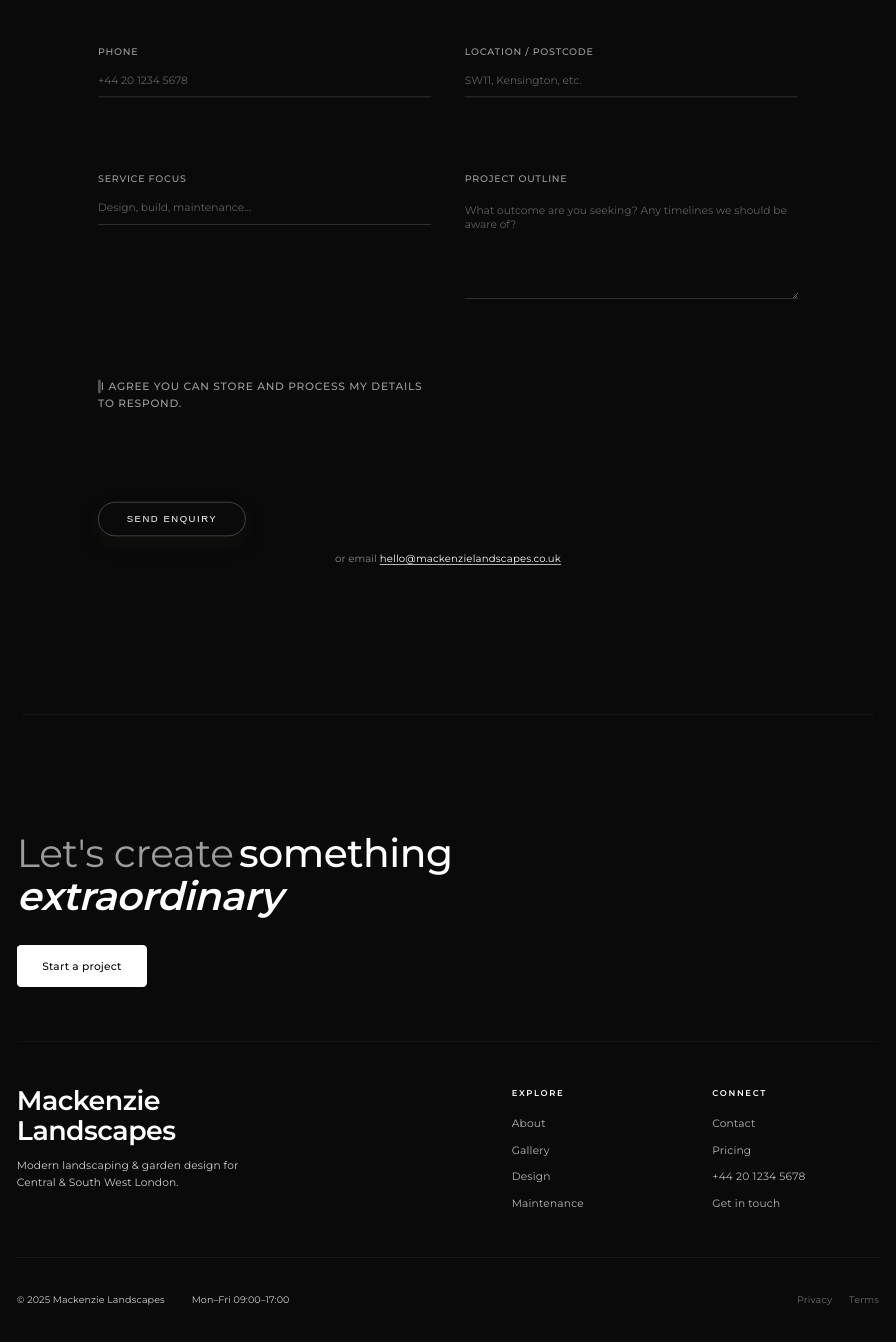
Repository: JoelMann1/MackenzieLandscapes
Page: contact.html
The author's editor kept a copy of each file at every save. The page is drawn from the files as they stood at one save, then again after the next save.
The browser window is 1280 px wide. The pictures show the part of the page from y = 640 to 2560 px (the page is 2557 px tall before and 2714 px after), at 70% of full size.

Above is the page before, as saved 2025-10-22 16:19:32.

After the next save:
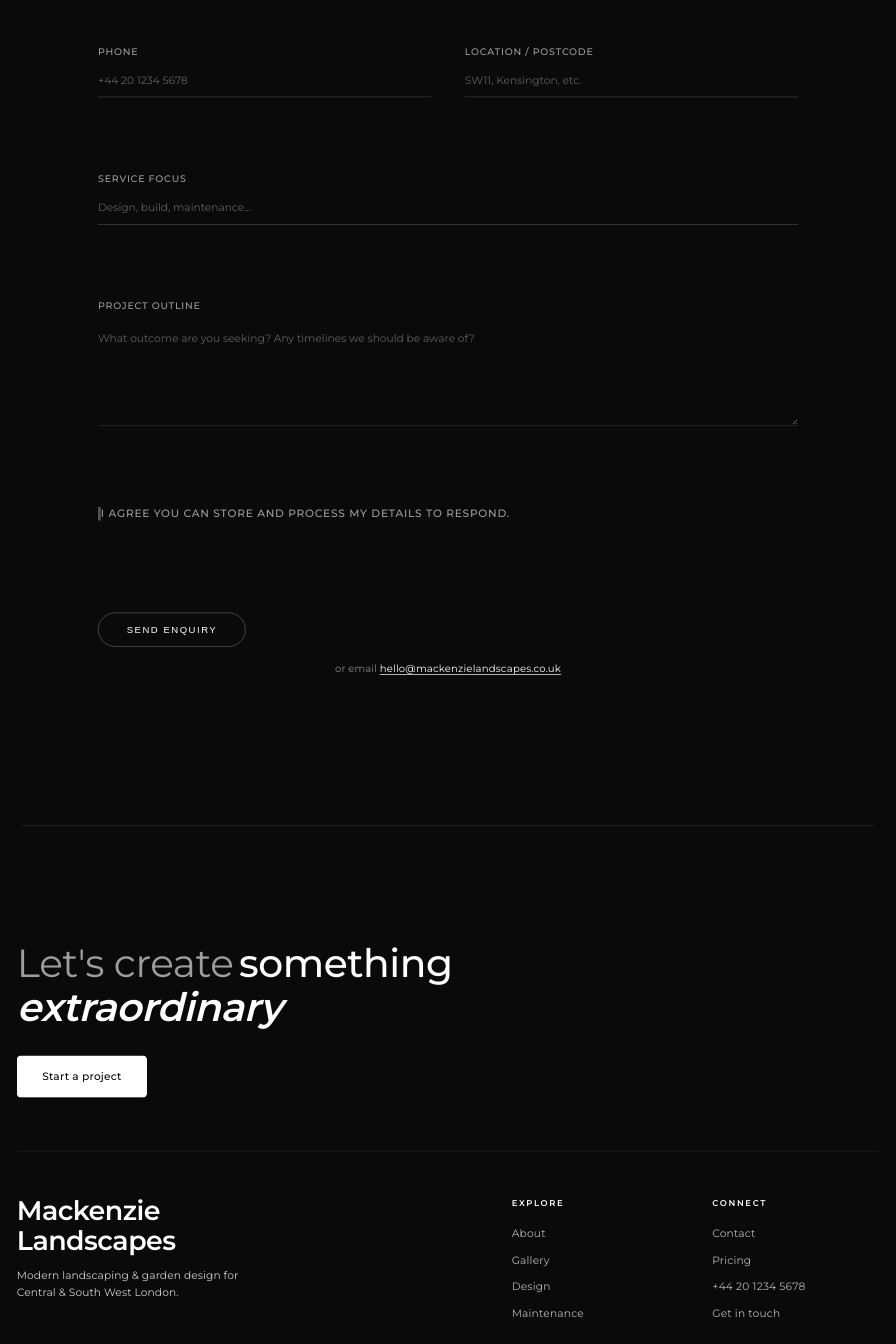
Saved 20 s later.
--- a/contact.html
+++ b/contact.html
@@ -164,17 +164,17 @@
         <input id="location" name="location" type="text" required placeholder="SW11, Kensington, etc." autocomplete="postal-code">
         <small class="error" data-for="location"></small>
       </div>
-      <div class="field">
+      <div class="field field--full">
         <label for="services">Service focus</label>
         <input id="services" name="services" type="text" required placeholder="Design, build, maintenance&hellip;">
         <small class="error" data-for="services"></small>
       </div>
-      <div class="field">
+      <div class="field field--full">
         <label for="message">Project outline</label>
         <textarea id="message" name="message" rows="6" required placeholder="What outcome are you seeking? Any timelines we should be aware of?"></textarea>
         <small class="error" data-for="message"></small>
       </div>
-      <div class="field field--checkbox">
+      <div class="field field--checkbox field--full">
         <label class="checkbox-label">
           <input type="checkbox" name="consent" required class="checkbox-input">
           <span class="checkbox-custom"></span>
@@ -184,7 +184,7 @@
       </div>
       <input type="hidden" name="_subject" value="New enquiry from Mackenzie Landscapes site">
       <div class="contact-form__actions">
-        <button class="btn btn--primary" type="submit">Send enquiry</button>
+        <button class="btn btn--outline-light" type="submit">Send enquiry</button>
         <span class="contact-form__alt">or email <a href="mailto:hello@mackenzielandscapes.co.uk">hello@mackenzielandscapes.co.uk</a></span>
       </div>
       <p class="form-status" role="status" aria-live="polite"></p>
